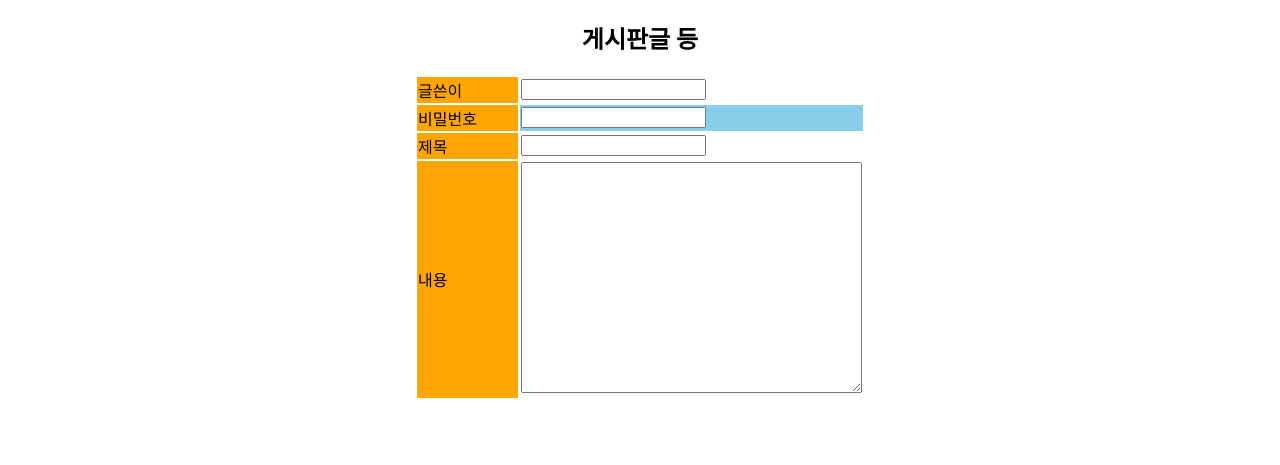
Repository: ReadStar/Jsp_MVC
Page: http://localhost/MVC_Board/board/qna_board_write.jsp
An editor plug-in stored every save of this project. The page is shown before and after the next save, followed by the edit.
The browser window is 1280 px wide. The pictures show the whole page.
The page is served by Tomcat 9. Other server files are loaded and not shown.

Above is the page before, as saved 2020-11-10 01:57:40.

### MVC_Board/WebContent/board/qna_board_write.jsp
<%@ page language="java" contentType="text/html; charset=UTF-8"
    pageEncoding="UTF-8"%>
<!DOCTYPE html>
<html>
<head>
<meta charset="UTF-8">
<title>MVC 게시판</title>
<style type="text/css">
#registForm{
width: 500px;
height: 610px;
border: 1px solid red;
margin: auto;
}

h2{
	text-align: center;
}

table{
	margin: auto;
	width: 450px;
}

.td_left{
	width: 150px;
	background: orange;
}

.td_right{
	width: 300px;
	background: skyblue;
}

#commandCell{
	text-align: center;
}
</style>
</head>
<body>
	<!-- 게시판 등록-->
	<section id="writeForm">
		<h2>게시판글 등</h2>
		<form action="BoardWritePro.bo" method="post"
			enctype="multipart/form=data" name="boardform">
			<table>
				<tr>
					<td class="td_left"><label for="board_name">글쓴이</label></td>
					<td class="te_right"><input type="text" name="board_name" id="board_name" required="required"/></td>
				</tr>
				<tr>
					<td class="td_left"><label for="board_pass">비밀번호</label></td>
					<td class="td_right"><input name="board_pass" type="password" id="board_pass" required="required"/></td>
				</tr>
				<tr>
					<td class="td_left"><label for="board_subject">제목</label></td>
					<td class="td_rifht"><input name="board_subject" type="text" id="board_subject" required="required"/></td>
				</tr>
				<tr>
					<td class="td_left"><label for="board_content">내용</label></td>
					<td><textarea id="board_content" name="board_content" cols="40" rows="15" required="required"></textarea></td>
			</table>
			</form>
	</section>
</body>
</html>

After the next save:
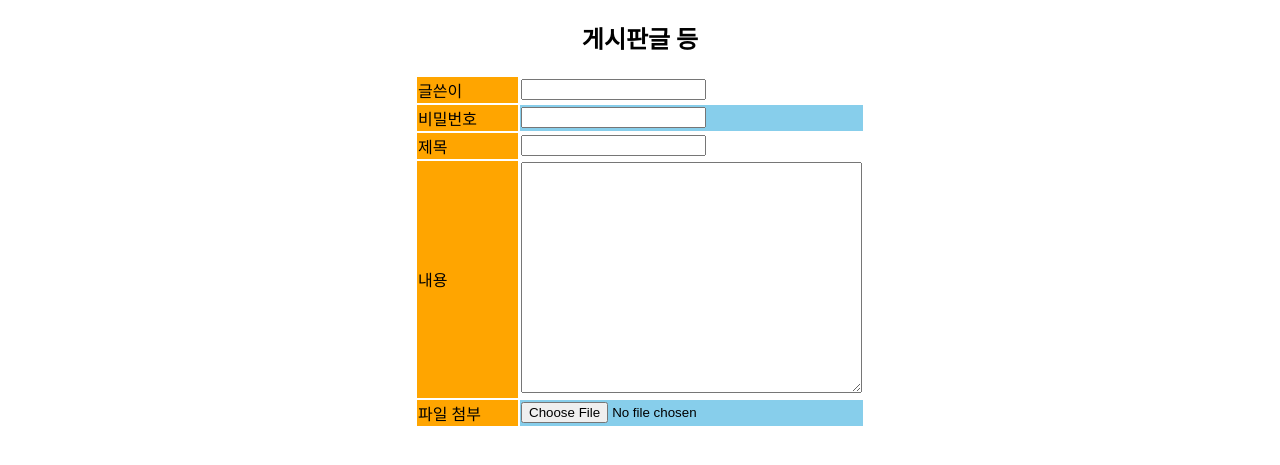
Saved 78 s later.
--- a/MVC_Board/WebContent/board/qna_board_write.jsp
+++ b/MVC_Board/WebContent/board/qna_board_write.jsp
@@ -59,6 +59,10 @@ table{
 				<tr>
 					<td class="td_left"><label for="board_content">내용</label></td>
 					<td><textarea id="board_content" name="board_content" cols="40" rows="15" required="required"></textarea></td>
+				</tr>
+				<tr>
+					<td class="td_left"><label for="board_file">파일 첨부</label></td>
+					<td class="td_right"><input name="board_file" type="file" id="board_file" required="required"/></td>
 			</table>
 			</form>
 	</section>
